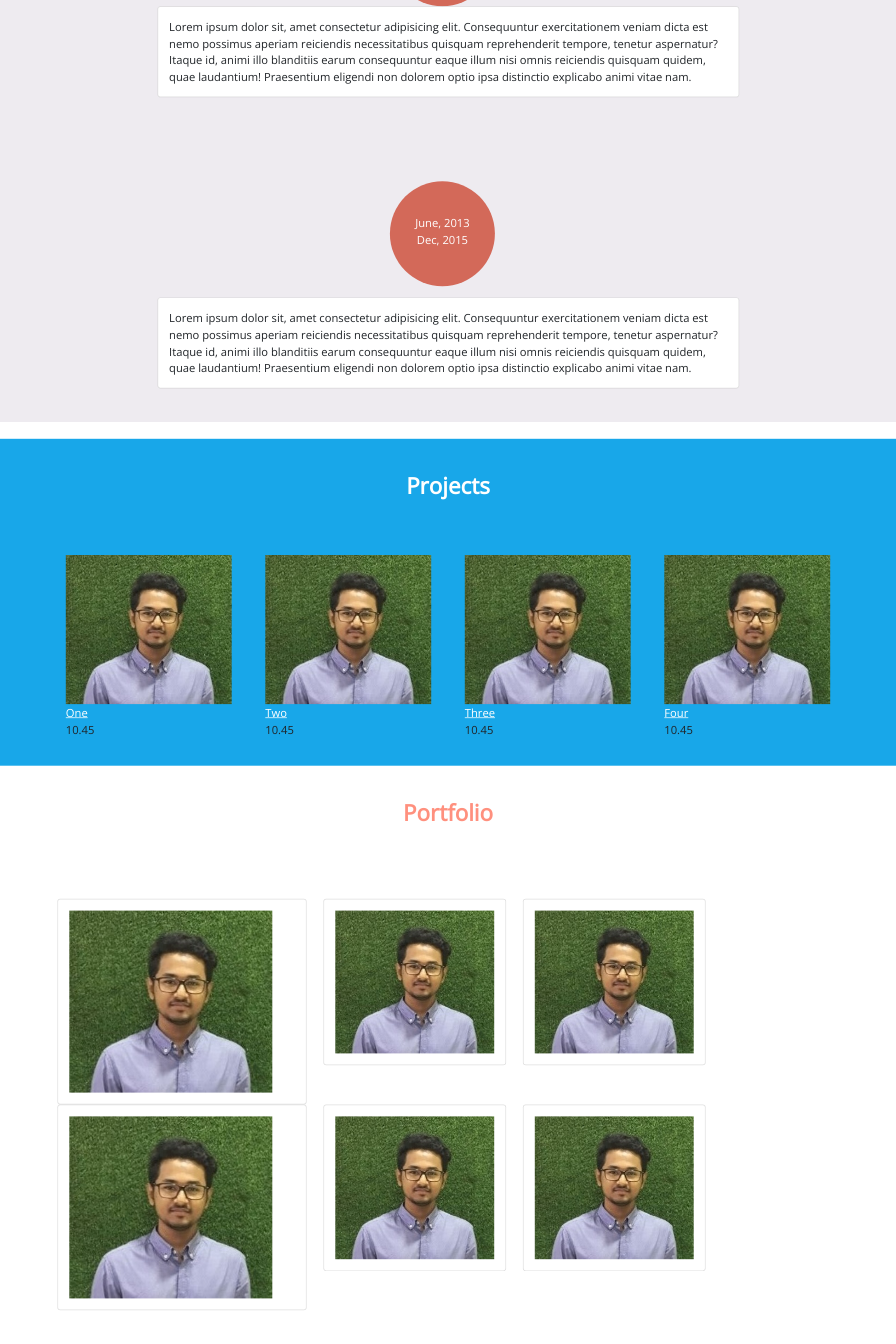
Repository: emowzz/emowzz.github.io
Page: index.html
An editor plug-in stored every save of this project. The page is shown before and after the next save, followed by the edit.
The browser window is 1280 px wide. The pictures show the part of the page from y = 1597 to 3517 px (the page is 3517 px tall), at 70% of full size.
Some web libraries are served in a nearby version.

Above is the page before, as saved 2021-03-17 23:45:51.

### index.html
<!doctype html>
<html lang="en">

<head>
  <!-- Required meta tags -->
  <meta charset="utf-8">
  <meta name="viewport" content="width=device-width, initial-scale=1">
  <link rel="shortcut icon" type="image/png" href="./Image/myImgZoom.jpg">
  <!-- Bootstrap CSS -->
  <link href="https://cdn.jsdelivr.net/npm/bootstrap@5.0.0-beta2/dist/css/bootstrap.min.css" rel="stylesheet"
    integrity="sha384-BmbxuPwQa2lc/FVzBcNJ7UAyJxM6wuqIj61tLrc4wSX0szH/Ev+nYRRuWlolflfl" crossorigin="anonymous">
  <link rel="preconnect" href="https://fonts.gstatic.com">
  <link href="https://fonts.googleapis.com/css2?family=Open+Sans:wght@300&display=swap" rel="stylesheet">
  <link rel="stylesheet" href="./CSS/style.css">


  <title>Hi There, I'm Fahim Foysal Emon!</title>

  <script src="https://kit.fontawesome.com/a076d05399.js" crossorigin="anonymous"></script>
</head>

<body>

  <!-- this is banner section -->
  <section class="banner-container container-fluid">
    <div class="row vh-100">
      <div class="col-md-9 banner-column m-auto text-center text-white p-4 border border-light">
        <h1 class="display:4 fw-bolder">Fahim Foysal Emon</h1>
        <h3>Software Developer</h3>
      </div>
    </div>
  </section>

  <!-- this is nav-bar section -->
  <nav class="navbar navbar-expand-lg navbar-dark navbar-container">
    <div class="container-fluid">
      <button class="navbar-toggler" type="button" data-bs-toggle="collapse" data-bs-target="#navbarSupportedContent"
        aria-controls="navbarSupportedContent" aria-expanded="false" aria-label="Toggle navigation">
        <span class="navbar-toggler-icon"></span>
      </button>
      <div class="collapse navbar-collapse" id="navbarSupportedContent">
        <ul class="navbar-nav m-auto mb-2 mb-lg-0">
          <li class="nav-item">
            <a class="nav-link active" aria-current="page" href="#About">ABOUT</a>
          </li>
          <li class="nav-item">
            <a class="nav-link" href="#Education">EDUCATION</a>
          </li>
          <li class="nav-item">
            <a class="nav-link" href="#Project">PROJECT</a>
          </li>
          <li class="nav-item">
            <a class="nav-link" href="#Portfolio">PORTFOLIO</a>
          </li>
          <li class="nav-item">
            <a class="nav-link" href="#Gallery">GALLERY</a>
          </li>
          <li class="nav-item">
            <a class="nav-link" href="#Contact">CONTACT</a>
          </li>
        </ul>
      </div>
    </div>
  </nav>

  <!-- this is about section -->
  <div class="about-container" id="About">
    <div class="container">
      <div class="row align-items-center justify-content-center">
        <div class="col-md-9 py-5 text-white">
          <h3>Fahim Foysal Emon</h3>
          <p>Software Developer</p>
          <p>Lorem ipsum dolor, sit amet consectetur adipisicing elit. Qui a architecto tempore blanditiis, aperiam
            eius, id optio fugit odit quis reiciendis ad expedita consequatur dolores repellendus asperiores illum
            assumenda molestias distinctio dicta suscipit mollitia doloribus eum voluptates. Quisquam molestiae eius
            numquam quidem iusto asperiores dolorem minima minus accusantium, accusamus doloribus.</p>
          <p>Lorem ipsum dolor sit, amet consectetur adipisicing elit. Sint quidem accusamus dolor sed voluptas
            distinctio eos? Tempore sed omnis mollitia asperiores quos quidem hic porro consectetur? Numquam in ipsa
            commodi inventore nostrum asperiores consequuntur! Nemo molestiae necessitatibus suscipit doloribus eius!
          </p>
          <p>
            Lorem ipsum dolor sit amet consectetur adipisicing elit. Nisi suscipit dignissimos tempore culpa soluta,
            assumenda voluptas dolores quam nobis? Sed ad dolores itaque eveniet nulla autem quos et. Animi, laudantium?
          </p>
        </div>

        <div class="col-md-3 mb-4">
          <img src="/Image/myImg.png" alt="" class="img-fluid border rounded-circle border-light">
        </div>
      </div>
    </div>
  </div>

  <!-- this is education section -->
  <div class="education-container" id="Education">
    <div class="container">
      <div class="row text-center">
        <div class="col py-5">
          <h2 class="bg-redType-color fw-bolder">
            Education
          </h2>
        </div>
      </div>

      <div class="row my-4 py-5 align-items-center justify-content-center">
        <div class="col-md-2 pd-3 mx-5">
          <div class="circle text-center text-white">
            <p class="py-5">
              June, 2013 <br>
              Dec, 2015
            </p>
          </div>
        </div>

        <div class="col-md-9">
          <div class="card">
            <div class="card-body">
              Lorem ipsum dolor sit, amet consectetur adipisicing elit. Consequuntur exercitationem veniam dicta est
              nemo possimus aperiam reiciendis necessitatibus quisquam reprehenderit tempore, tenetur aspernatur? Itaque
              id, animi illo blanditiis earum consequuntur eaque illum nisi omnis reiciendis quisquam quidem, quae
              laudantium! Praesentium eligendi non dolorem optio ipsa distinctio explicabo animi vitae nam.
            </div>
          </div>
        </div>

      </div>

      <div class="row my-4 py-5 align-items-center justify-content-center">
        <div class="col-md-2 pb-3 mx-5">
          <div class="circle text-center text-white">
            <p class="py-5">
              June, 2013 <br>
              Dec, 2015
            </p>
          </div>
        </div>

        <div class="col-md-9">
          <div class="card">
            <div class="card-body">
              Lorem ipsum dolor sit, amet consectetur adipisicing elit. Consequuntur exercitationem veniam dicta est
              nemo possimus aperiam reiciendis necessitatibus quisquam reprehenderit tempore, tenetur aspernatur? Itaque
              id, animi illo blanditiis earum consequuntur eaque illum nisi omnis reiciendis quisquam quidem, quae
              laudantium! Praesentium eligendi non dolorem optio ipsa distinctio explicabo animi vitae nam.
            </div>
          </div>
        </div>

      </div>
    </div>
  </div>

  <!-- this is project section -->

  <div class="project-container" id="Project">
    <div class="container">
      <div class="row text-center">
        <div class="col py-5">
          <h2 class="text-white fw-bolder">
            Projects
          </h2>
        </div>
      </div>
      <div class="row">
        <div class="col-md-3 p-4">
          <img src="./Image/myImgZoom.jpg" alt="" class="img-fluid">
          <a href="" class="text-white">One</a>
          <p>10.45</p>
        </div>
        <div class="col-md-3 p-4">
          <img src="./Image/myImgZoom.jpg" alt="" class="img-fluid">
          <a href="" class="text-white">Two</a>
          <p>10.45</p>
        </div>
        <div class="col-md-3 p-4">
          <img src="./Image/myImgZoom.jpg" alt="" class="img-fluid">
          <a href="" class="text-white">Three</a>
          <p>10.45</p>
        </div>
        <div class="col-md-3 p-4">
          <img src="./Image/myImgZoom.jpg" alt="" class="img-fluid">
          <a href="" class="text-white">Four</a>
          <p>10.45</p>
        </div>
        </div>
      </div>
    </div>


    <!-- This is portfolio section -->

    <div class="portfolio-container">
      <div class="container">
        <div class="row text-center py-5">
          <div class="col">
            <h2 class="fw-bolder bg-redType-color">
              Portfolio
            </h2>
          </div>
        </div>

        <div class="row py-5">

          <div class="col-md-4">
            <div class="card">
              <div class="card-body">
                <img src="./Image/myImgZoom.jpg" alt="" class="img-fluid">
              </div>
            </div>
          </div>

          <div class="col-md-3">
            <div class="card">
              <div class="card-body">
                <img src="./Image/myImgZoom.jpg" alt="" class="img-fluid">
              </div>
            </div>
          </div>

          <div class="col-md-3">
            <div class="card">
              <div class="card-body">
                <img src="./Image/myImgZoom.jpg" alt="" class="img-fluid">
              </div>
            </div>
          </div>

          <div class="col-md-4">
            <div class="card">
              <div class="card-body">
                <img src="./Image/myImgZoom.jpg" alt="" class="img-fluid">
              </div>
            </div>
          </div>

          <div class="col-md-3">
            <div class="card">
              <div class="card-body">
                <img src="./Image/myImgZoom.jpg" alt="" class="img-fluid">
              </div>
            </div>
          </div>

          <div class="col-md-3">
            <div class="card">
              <div class="card-body">
                <img src="./Image/myImgZoom.jpg" alt="" class="img-fluid">
              </div>
            </div>
          </div>


        </div>

      </div>

    </div>

  <!-- Optional JavaScript; choose one of the two! -->

  <!-- Option 1: Bootstrap Bundle with Popper -->
  <script src="https://cdn.jsdelivr.net/npm/bootstrap@5.0.0-beta2/dist/js/bootstrap.bundle.min.js"
    integrity="sha384-b5kHyXgcpbZJO/tY9Ul7kGkf1S0CWuKcCD38l8YkeH8z8QjE0GmW1gYU5S9FOnJ0"
    crossorigin="anonymous"></script>

  <!-- Option 2: Separate Popper and Bootstrap JS -->
  <!--
    <script src="https://cdn.jsdelivr.net/npm/@popperjs/core@2.6.0/dist/umd/popper.min.js" integrity="sha384-KsvD1yqQ1/1+IA7gi3P0tyJcT3vR+NdBTt13hSJ2lnve8agRGXTTyNaBYmCR/Nwi" crossorigin="anonymous"></script>
    <script src="https://cdn.jsdelivr.net/npm/bootstrap@5.0.0-beta2/dist/js/bootstrap.min.js" integrity="sha384-nsg8ua9HAw1y0W1btsyWgBklPnCUAFLuTMS2G72MMONqmOymq585AcH49TLBQObG" crossorigin="anonymous"></script>
    -->
</body>

</html>

### CSS/style.css
body {
    font-family: 'Open Sans', sans-serif;
}


.banner-container {
    background-color: #CACACA;
}

.banner-column {
    background-color: #868486;
}

.navbar-container {
    background-color: #102040;
}

.about-container {
    background-color: #00A9C0;
}

.education-container {
    background-color: #eeebf0;
}

.bg-redType {
    background-color: #d36959;
}

.bg-redType-color {
    color: #FF907E;
}

.circle {
    background-color: #d36959;
    width: 150px;
    height: 150px;
    border-radius: 50%;
}

.project-container {
    background-color: #18a7e9;
}

.card-img-top {
    width: 100%;
    height: 15vw;
    object-fit: cover;
}

After the next save:
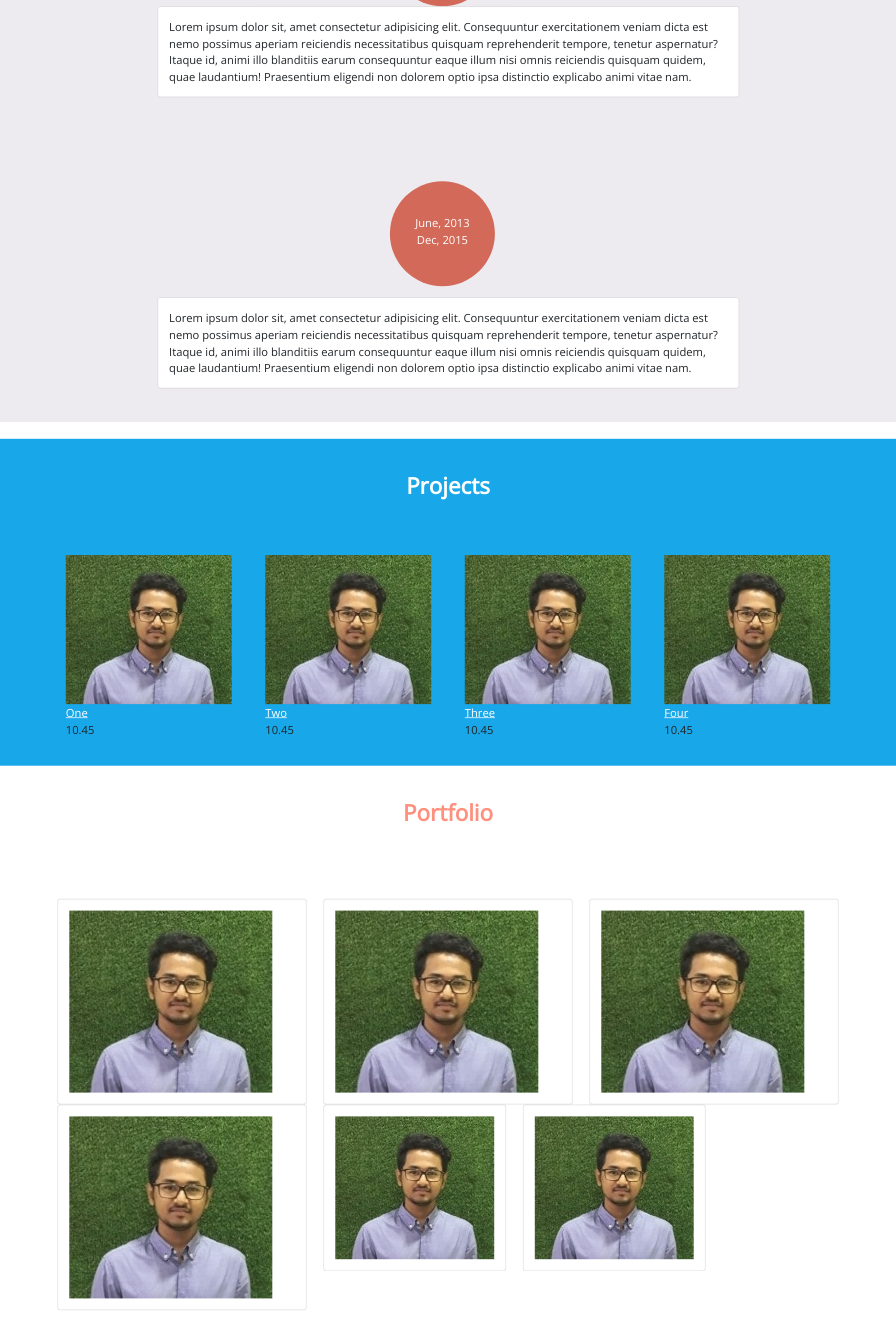
Saved 28 s later.
--- a/index.html
+++ b/index.html
@@ -209,15 +209,15 @@
             </div>
           </div>
 
-          <div class="col-md-3">
-            <div class="card">
-              <div class="card-body">
-                <img src="./Image/myImgZoom.jpg" alt="" class="img-fluid">
-              </div>
-            </div>
-          </div>
-
-          <div class="col-md-3">
+          <div class="col-md-4">
+            <div class="card">
+              <div class="card-body">
+                <img src="./Image/myImgZoom.jpg" alt="" class="img-fluid">
+              </div>
+            </div>
+          </div>
+
+          <div class="col-md-4">
             <div class="card">
               <div class="card-body">
                 <img src="./Image/myImgZoom.jpg" alt="" class="img-fluid">
